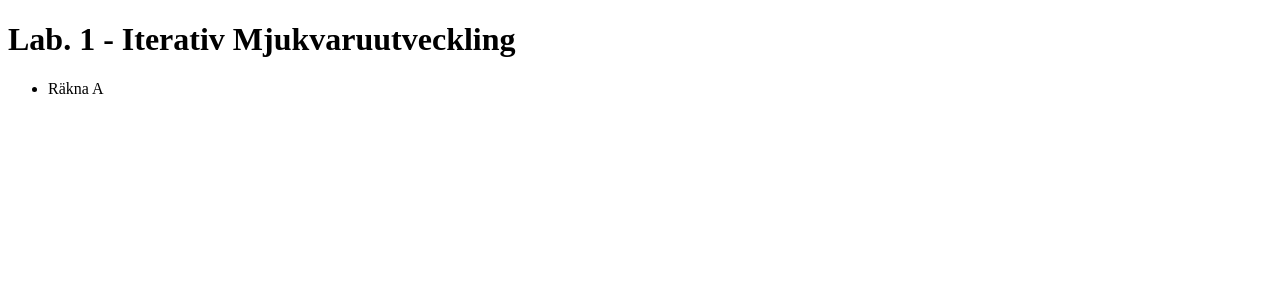
Repository: CarroForslund/laboration-1-1dv404
Page: index.html
The author's editor kept a record of every edit. The page is drawn from the files as they stood at one moment, then again after the next edit.
The browser window is 1280 px wide. The pictures show the whole page.

Above is the page before.

After the next edit:
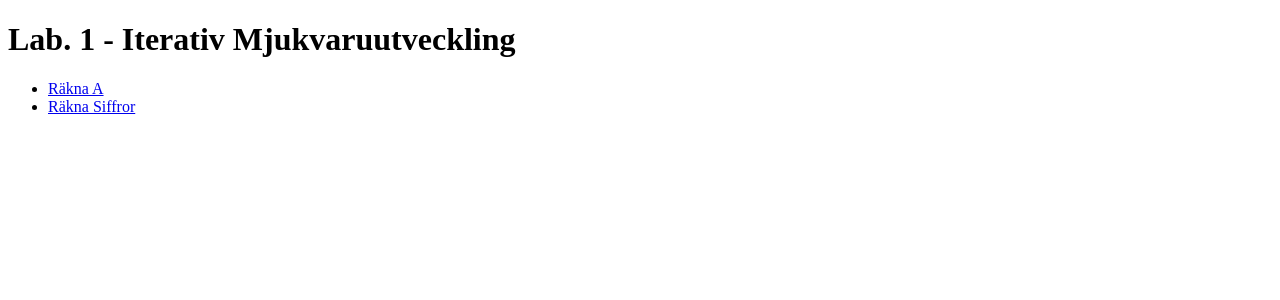
The edit:
--- a/index.html
+++ b/index.html
@@ -8,9 +8,9 @@
     <body>
         <h1>Lab. 1 - Iterativ Mjukvaruutveckling</h1>
  		<ul>
- 		    <li><a href="raknaa/index.html"></a>Räkna A</a></li>
- 		    <!--<li><a href=""></a></a></li>
- 		    <li><a href=""></a></a></li>-->
+ 		    <li><a href="raknaa/index.html">Räkna A</a></li>
+ 		    <li><a href="raknasiffror/index.html">Räkna Siffror</a></li>
+ 		    <!--<li><a href=""></a></li>-->
  		</ul>
 
     </body>
